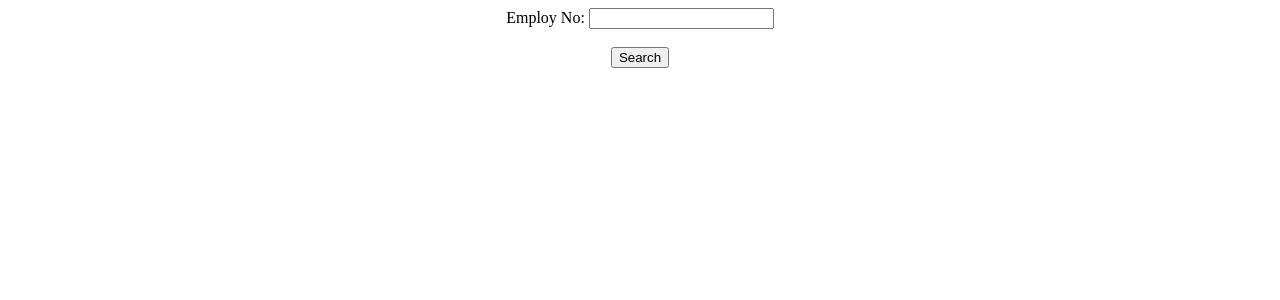
Repository: sandeshAraveti/Java-training
Page: Java_HCL/Day_jdbc/JstlDemos/WebContent/employsearch.html
The author's editor kept a copy of each file at every save. The page is drawn from the files as they stood at one save, then again after a run of saves.
The browser window is 1280 px wide. The pictures show the whole page.

Above is the page before, as saved 2019-12-10 06:27:50.

### Java_HCL/Day_jdbc/JstlDemos/WebContent/employsearch.html
<!DOCTYPE html>
<html>
<head>
<meta charset="ISO-8859-1">
<title>Insert title here</title>
</head>
<body>
<form method="get" action="employsearch.jsp">
<center>
Employ No:
<input type="text" name="empno" /> <br/><br/>
<input type="submit" value="Search"/>
</center>
</form>
</body>
</html>

After the next 2 saves:
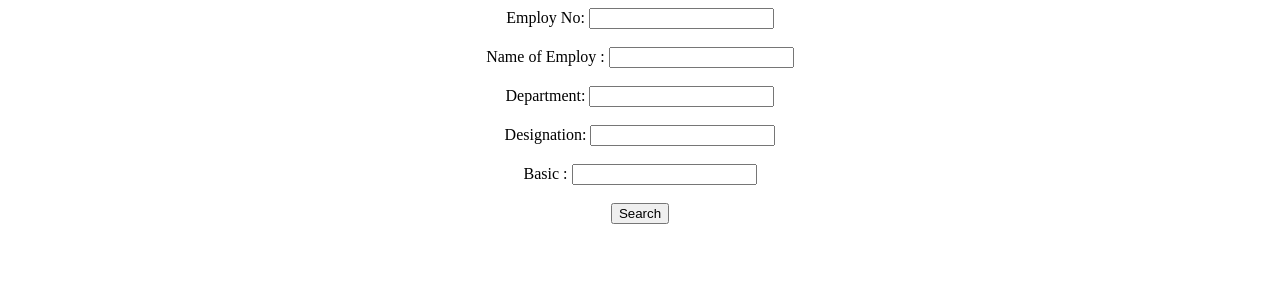
The 2 saves are shown as one change because 1 did not build or start.
The last was saved 5 min 52 s later.
--- a/Java_HCL/Day_jdbc/JstlDemos/WebContent/employsearch.html
+++ b/Java_HCL/Day_jdbc/JstlDemos/WebContent/employsearch.html
@@ -5,10 +5,18 @@
 <title>Insert title here</title>
 </head>
 <body>
-<form method="get" action="employsearch.jsp">
+<form method="get" action="employinsert.jsp">
 <center>
 Employ No:
-<input type="text" name="empno" /> <br/><br/>
+<input type="text" name="empno" /><br/><br/>
+Name of Employ :
+<input type="text" name="name" /><br/><br/>
+Department:
+<input type="text" name="dept" /><br/><br/>
+Designation:
+<input type="text" name="desig" /><br/><br/>
+Basic :
+<input type="text" name="basic" /><br/><br/>
 <input type="submit" value="Search"/>
 </center>
 </form>
